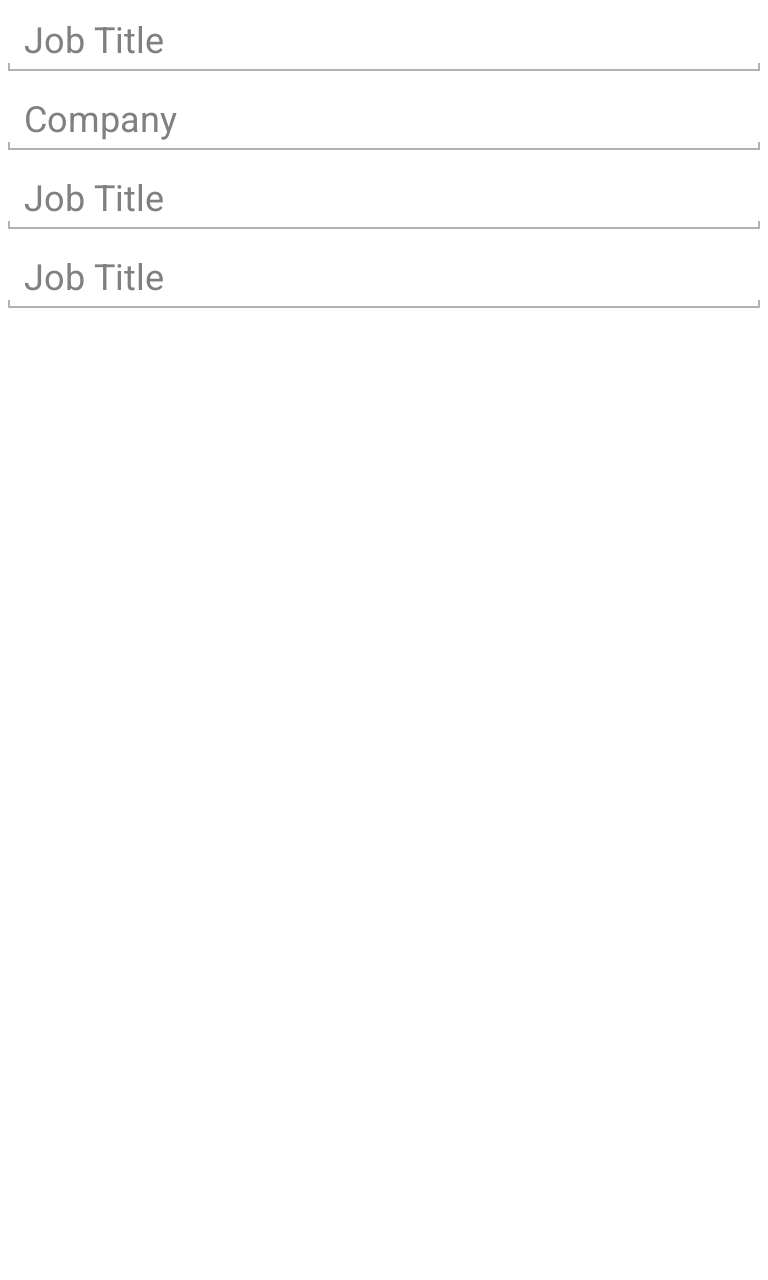
Repository: andreeastoican/Laborator04
Layout: ContactsManager/res/layout/fragment_additional_details.xml
These files come from the project's save history. The layout is drawn as it stood at one moment and after the next save; the edit follows.
It is drawn on a 768 x 1280 px phone screen (xhdpi) without system bars, with theme AppTheme; the app's code is not run.

Above is the layout before, as saved 2015-03-17 19:45:12.

### ContactsManager/res/layout/fragment_additional_details.xml
<?xml version="1.0" encoding="utf-8"?>
<LinearLayout xmlns:android="http://schemas.android.com/apk/res/android"
    android:layout_width="match_parent"
    android:layout_height="match_parent"
    android:orientation="vertical" >

	<EditText
	    android:id="@+id/id_job"
	    android:layout_width="fill_parent"
	    android:layout_height="wrap_content"
	    android:hint="Job Title"
	    android:inputType="text"/>
	<EditText
	    android:id="@+id/id_company"
	    android:layout_width="fill_parent"
	    android:layout_height="wrap_content"
	    android:hint="Company"
	    android:inputType="text"/>
	<EditText
	    android:id="@+id/id_job"
	    android:layout_width="fill_parent"
	    android:layout_height="wrap_content"
	    android:hint="Job Title"
	    android:inputType="text"/>
	<EditText
	    android:id="@+id/id_job"
	    android:layout_width="fill_parent"
	    android:layout_height="wrap_content"
	    android:hint="Job Title"
	    android:inputType="text"/>

</LinearLayout>

Loaded but not shown: ContactsManager/res/values/styles.xml (common file); ContactsManager/res/values-v11/styles.xml (common file); ContactsManager/res/values-v14/styles.xml (common file)

After the next save:
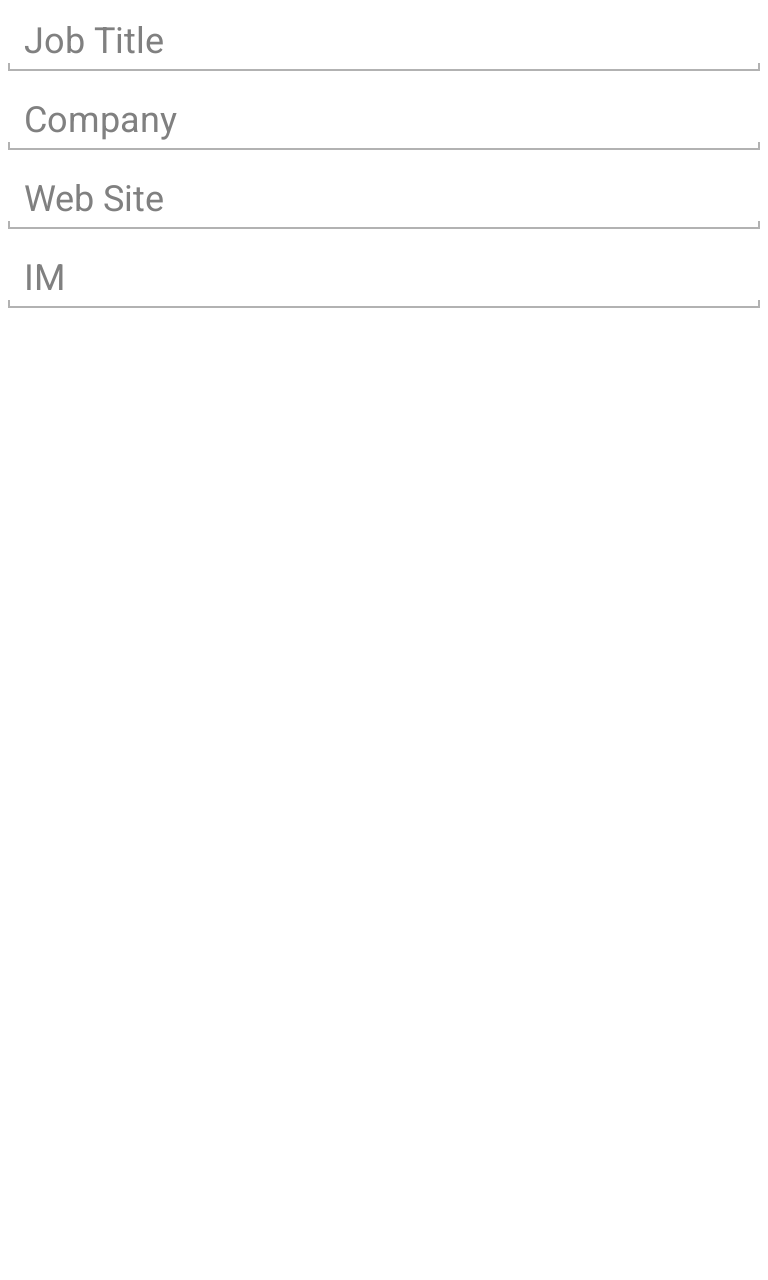
Saved 27 s later.
--- a/ContactsManager/res/layout/fragment_additional_details.xml
+++ b/ContactsManager/res/layout/fragment_additional_details.xml
@@ -17,16 +17,16 @@
 	    android:hint="Company"
 	    android:inputType="text"/>
 	<EditText
-	    android:id="@+id/id_job"
+	    android:id="@+id/id_website"
 	    android:layout_width="fill_parent"
 	    android:layout_height="wrap_content"
-	    android:hint="Job Title"
+	    android:hint="Web Site"
 	    android:inputType="text"/>
 	<EditText
-	    android:id="@+id/id_job"
+	    android:id="@+id/id_im"
 	    android:layout_width="fill_parent"
 	    android:layout_height="wrap_content"
-	    android:hint="Job Title"
+	    android:hint="IM"
 	    android:inputType="text"/>
 
 </LinearLayout>
